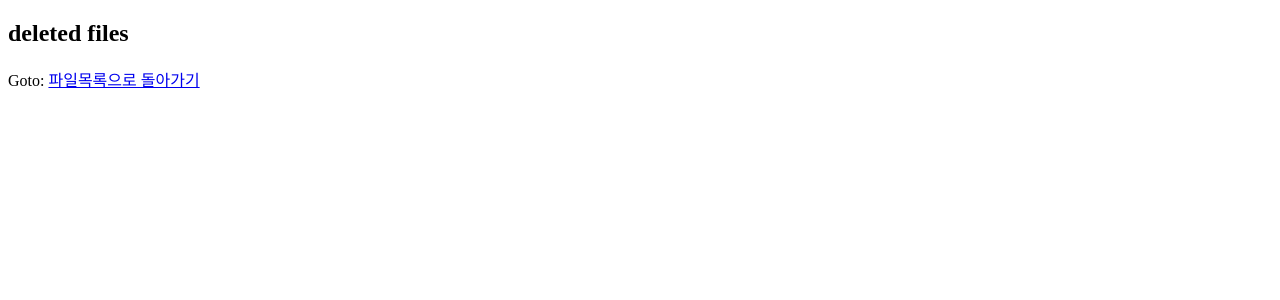
Repository: buhyun1/TIL
Page: http://localhost/pilotWeb/deleteFiles.jsp
The author's editor kept a copy of each file at every save. The page is drawn from the files as they stood at one save, then again after the next save.
The browser window is 1280 px wide. The pictures show the whole page.
The page is served by Tomcat 10.

Above is the page before, as saved 2023-06-23 11:46:28.

After the next save:
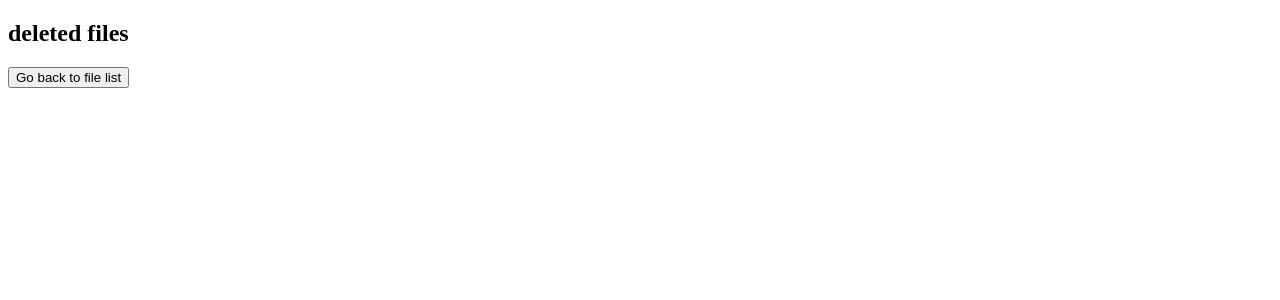
Saved 2 min 19 s later.
--- a/WebProgramming/pilotWeb/src/main/webapp/deleteFiles.jsp
+++ b/WebProgramming/pilotWeb/src/main/webapp/deleteFiles.jsp
@@ -1,5 +1,5 @@
 <%@ page language="java" contentType="text/html; charset=EUC-KR"
-    pageEncoding="EUC-KR"%>
+	pageEncoding="EUC-KR"%>
 <%@ page import="java.io.File"%>
 <%@ page import="java.util.*"%>
 <!DOCTYPE html>
@@ -9,51 +9,52 @@
 <title>Insert title here</title>
 </head>
 <body>
-    <h2>deleted files</h2>
-    <%
-        String uploadFolder = this.getServletContext().getInitParameter("uploadFolder");
-        String uploadPath = this.getServletContext().getRealPath(uploadFolder);
-        File file = new File(uploadPath);
-        String userID = request.getParameter("userid");
-        String password = request.getParameter("pw");
-        //System.out.println(file.getAbsolutePath());
-        Enumeration<String> params = request.getParameterNames();
-        //Cookie를 통해 로그인 한 유저 Email 받아오기
-        Cookie[] c = request.getCookies();
-        String UserID = "";
-        if (c != null) {
-            for (int i = 0; i < c.length; i++) {
-        //Cookie중 LoginOK 쿠키가 있는 경우에만 진행
-        if (c[i].getName().equals("LoginOK")) {
-            //UserID변수에 Cookie에 들어있는 ID저장
-            UserID = c[i].getValue();
-            System.out.println("Logined User:" + UserID);
-        }
+	<h2>deleted files</h2>
+	<%
+	String uploadFolder = this.getServletContext().getInitParameter("uploadFolder");
+	String uploadPath = this.getServletContext().getRealPath(uploadFolder);
+	File file = new File(uploadPath);
+	String userID = request.getParameter("userid");
+	String password = request.getParameter("pw");
+	//System.out.println(file.getAbsolutePath());
+	Enumeration<String> params = request.getParameterNames();
+	//Cookie를 통해 로그인 한 유저 Email 받아오기
+	Cookie[] c = request.getCookies();
+	String UserID = "";
+	if (c != null) {
+		for (int i = 0; i < c.length; i++) {
+			//Cookie중 LoginOK 쿠키가 있는 경우에만 진행
+			if (c[i].getName().equals("LoginOK")) {
+		//UserID변수에 Cookie에 들어있는 ID저장
+		UserID = c[i].getValue();
+		System.out.println("Logined User:" + UserID);
+			}
 
-            }
-        }
+		}
+	}
 
-        out.println("<ul>");
-        while (params.hasMoreElements()) {
-            String param = params.nextElement();
-            System.out.println(param);
-            out.println("<li>" + param+"</li>");
+	out.println("<ul>");
+	while (params.hasMoreElements()) {
+		String param = params.nextElement();
+		System.out.println(param);
+		out.println("<li>" + param + "</li>");
 
+		File file3 = new File(uploadPath + UserID + "\\" + param);
+		if (file3.exists()) {
+			System.out.print("있다!" + file3.getAbsolutePath());
+		} else {
+			System.out.print("없다!" + file3.getAbsolutePath());
+		}
 
-            File file3 = new File(uploadPath + UserID+"\\" + param);
-            if (file3.exists()){
-                System.out.print("있다!" + file3.getAbsolutePath());
-            }
-            else {
-                System.out.print("없다!"+ file3.getAbsolutePath());
-            }
+		file3.delete();
 
-            file3.delete();
-
-    }
-        out.println("</ul>");
-
-    %>
-    Goto: <a href="sample_management.jsp">파일목록으로 돌아가기</a>
+	}
+	out.println("</ul>");
+	%>
+	<form action="sample_management.jsp" method="post">
+		<input type="hidden" name="userid" value="<%=userID%>" /> <input
+			type="hidden" name="pw" value="<%=password%>" /> <input
+			type="submit" value="Go back to file list" />
+	</form>
 </body>
 </html>
